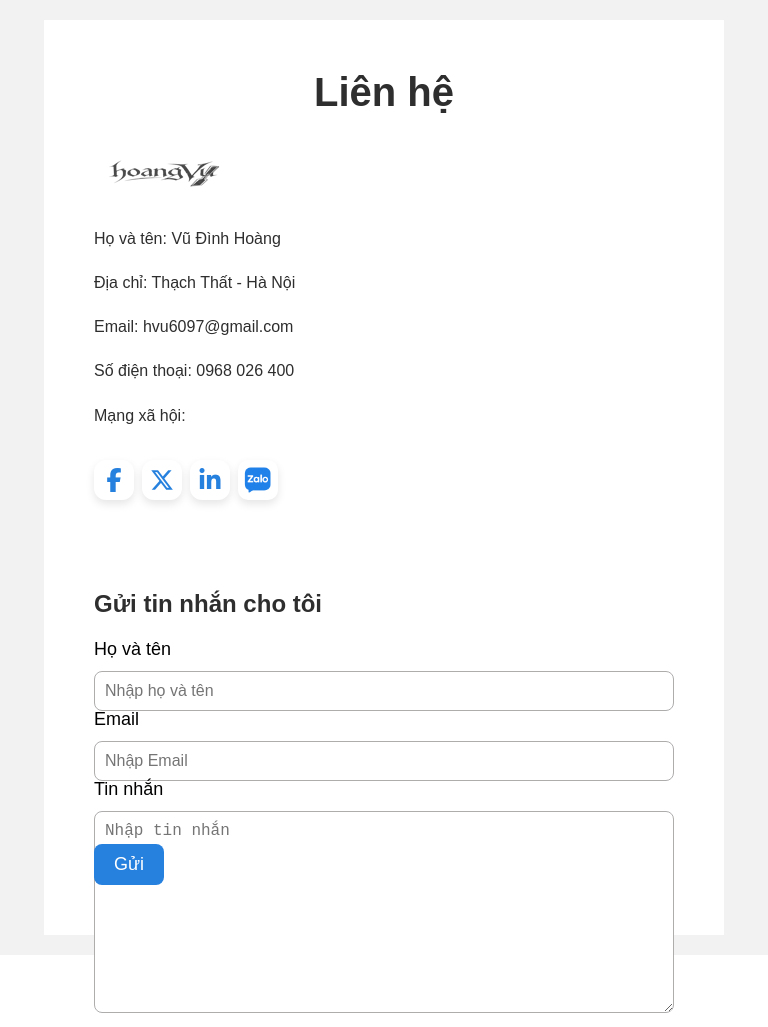
Repository: hoang28092000/portfolio
Page: pages/contact.html
These files come from the project's save history. The page is drawn as it stood at one moment and after the next save; the edit follows.
The browser window is 768 px wide. The pictures show the whole page.

Above is the page before, as saved 2025-04-12 01:22:36.

After the next save:
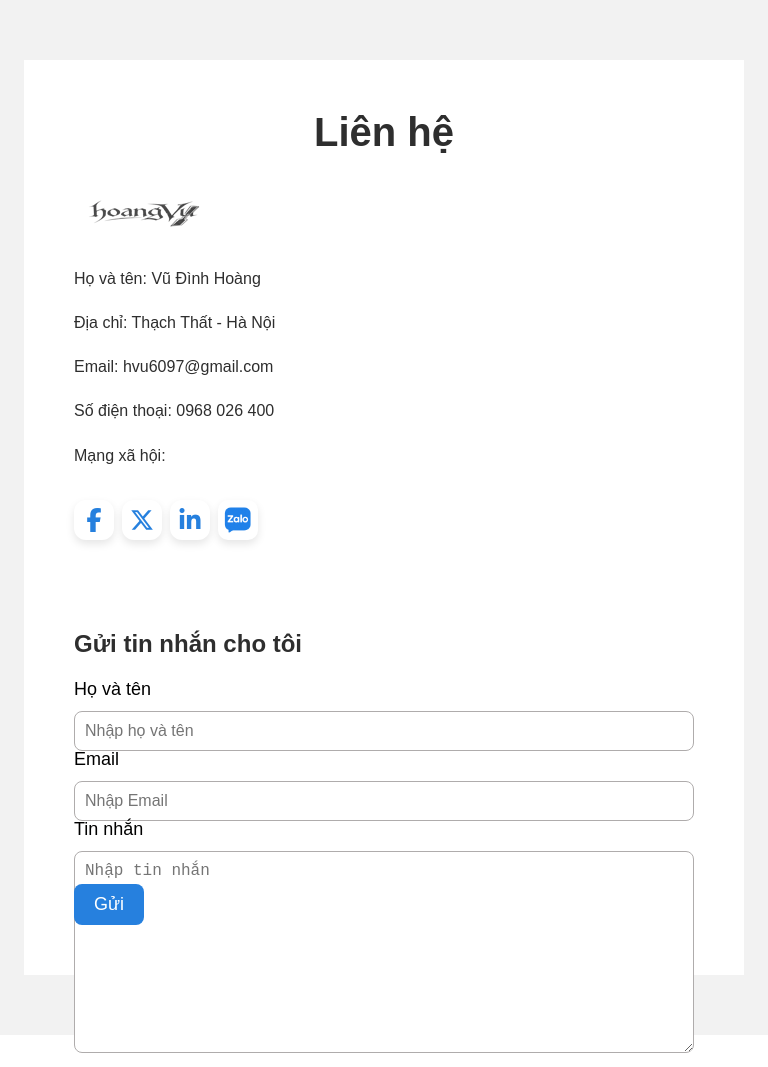
Saved 17 s later.
--- a/css/responsive-pages.css
+++ b/css/responsive-pages.css
@@ -124,9 +124,7 @@
     height: auto;
     margin-bottom: 60px;
   }
-  #main-contact{
-    padding: 20px;
-  }
+
   .title-contact-form{
     font-size: 2.4rem;
     margin-bottom: 16px;
